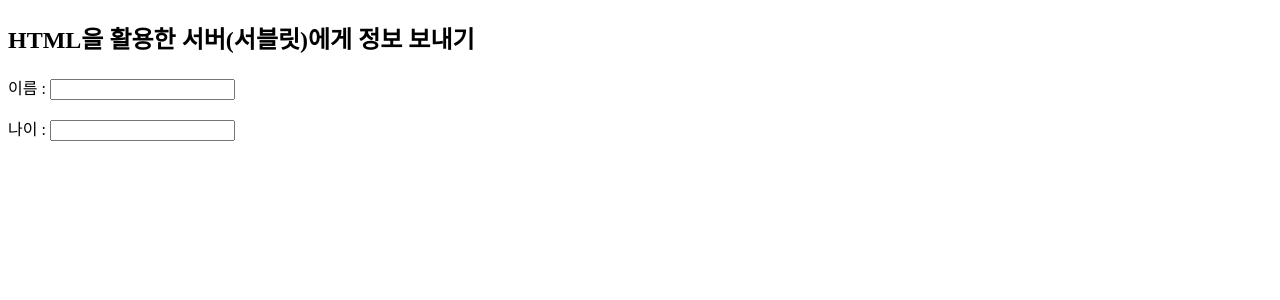
Repository: hagjun/jspstudy
Page: http://localhost/01_servlet/view/ex06.jsp
These files come from the project's save history. The page is drawn as it stood at one moment and after the next save; the edit follows.
The browser window is 1280 px wide. The pictures show the whole page.
The page is served by Tomcat 9. Other server files are loaded and not shown.

Above is the page before, as saved 2024-03-04 07:11:00.

### 01_servlet/src/main/webapp/view/ex06.jsp
<%@ page language="java" contentType="text/html; charset=UTF-8"
    pageEncoding="UTF-8"%>
<!DOCTYPE html>
<html>
<head>
<meta charset="UTF-8">
<title></title>
</head>
<body>
	<h2>HTML을 활용한 서버(서블릿)에게 정보 보내기</h2>
	<form action="/01_servlet/Ex06" method="get">
		<p>이름 : <input></p>
		<p>나이 : <input></p>


	</form>
</body>
</html>

After the next save:
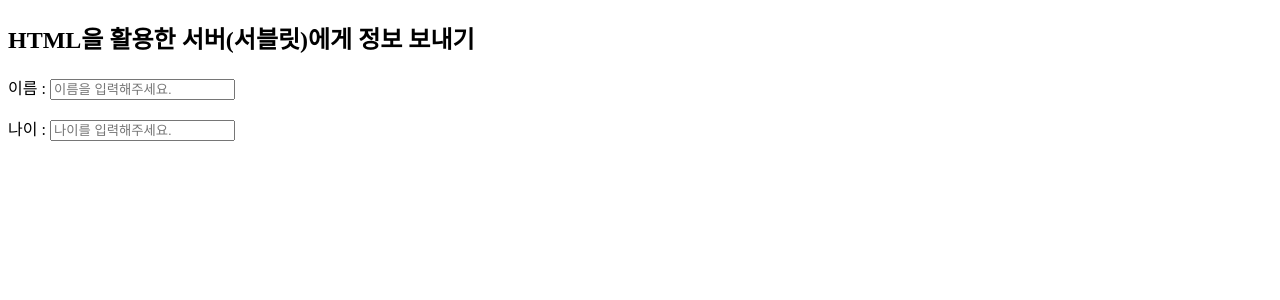
Saved 87 s later.
--- a/01_servlet/src/main/webapp/view/ex06.jsp
+++ b/01_servlet/src/main/webapp/view/ex06.jsp
@@ -9,8 +9,8 @@
 <body>
 	<h2>HTML을 활용한 서버(서블릿)에게 정보 보내기</h2>
 	<form action="/01_servlet/Ex06" method="get">
-		<p>이름 : <input></p>
-		<p>나이 : <input></p>
+		<p>이름 : <input type="text" name="userName" required placeholder="이름을 입력해주세요."></p>
+		<p>나이 : <input type="number" name="userAge" required placeholder="나이를 입력해주세요."></p>
 
 
 	</form>
